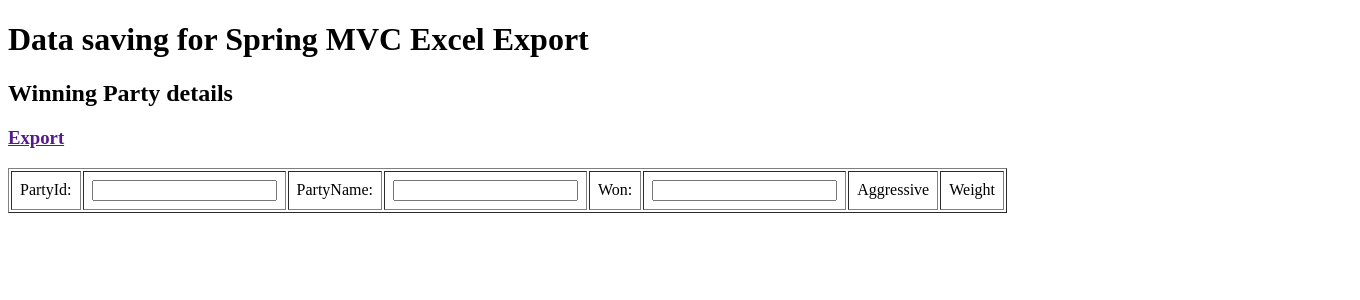
Repository: vitthaljambagi/Hackathon
Page: http://localhost/hackathonxworkz/view/Hackathon.jsp
The author's editor kept a copy of each file at every save. The page is drawn from the files as they stood at one save, then again after the next save.
The browser window is 1280 px wide. The page is 1280 px wide, then 1360 px, so the pictures cover 1360 px, including what lies to the right of the window. The pictures show the whole page.
The page is served by Tomcat 9. Other server files are loaded and not shown.

Above is the page before, as saved 2019-05-24 06:53:55.

### hackathonxworkz/WebContent/view/Hackathon.jsp
<%@ page language="java" contentType="text/html; charset=ISO-8859-1"
    pageEncoding="ISO-8859-1"%>
<!DOCTYPE html PUBLIC "-//W3C//DTD HTML 4.01 Transitional//EN" "http://www.w3.org/TR/html4/loose.dtd">
<html>
<head>
<meta http-equiv="Content-Type" content="text/html; charset=ISO-8859-1">
<title>Welcom to Hackathon</title>
</head>
<body>
<h1>Data saving for Spring MVC Excel Export</h1>

	<h2>Winning Party details </h2>

	<h3><a href="">Export</a></h3>

	<table border="1px" cellpadding="8px">
		<tr>
			<td>PartyId:</td>
			<td><input type="text" name="partyId"></td>
			<td>PartyName:</td>
			<td><input type="text" name="partyName"></td>
			<td>Won:</td>
			<td><input type="text" name="won"></td>
			<td>Aggressive</td>
			<td>Weight</td>
		</tr>


	</table>



</body>
</html>

After the next save:
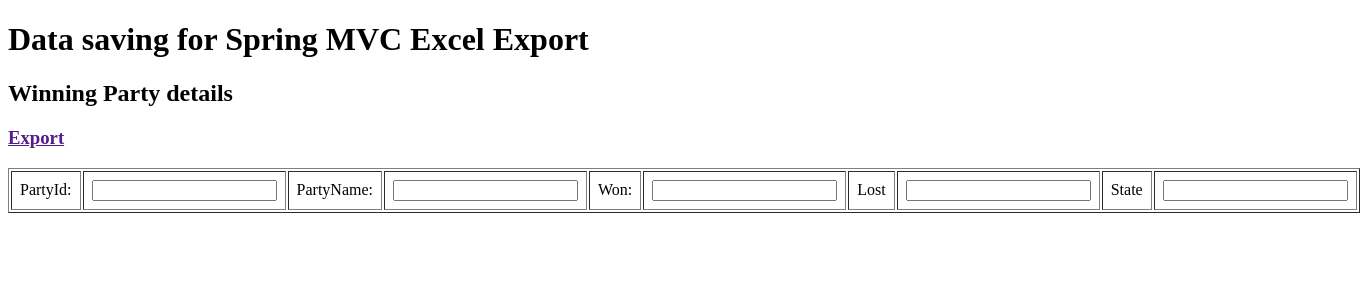
Saved 2 min 11 s later.
--- a/hackathonxworkz/WebContent/view/Hackathon.jsp
+++ b/hackathonxworkz/WebContent/view/Hackathon.jsp
@@ -21,8 +21,10 @@
 			<td><input type="text" name="partyName"></td>
 			<td>Won:</td>
 			<td><input type="text" name="won"></td>
-			<td>Aggressive</td>
-			<td>Weight</td>
+			<td>Lost</td>
+			<td><input type="text" name="lost"></td>
+			<td>State</td>
+			<td><input type="text" name="state"></td>
 		</tr>
 
 
